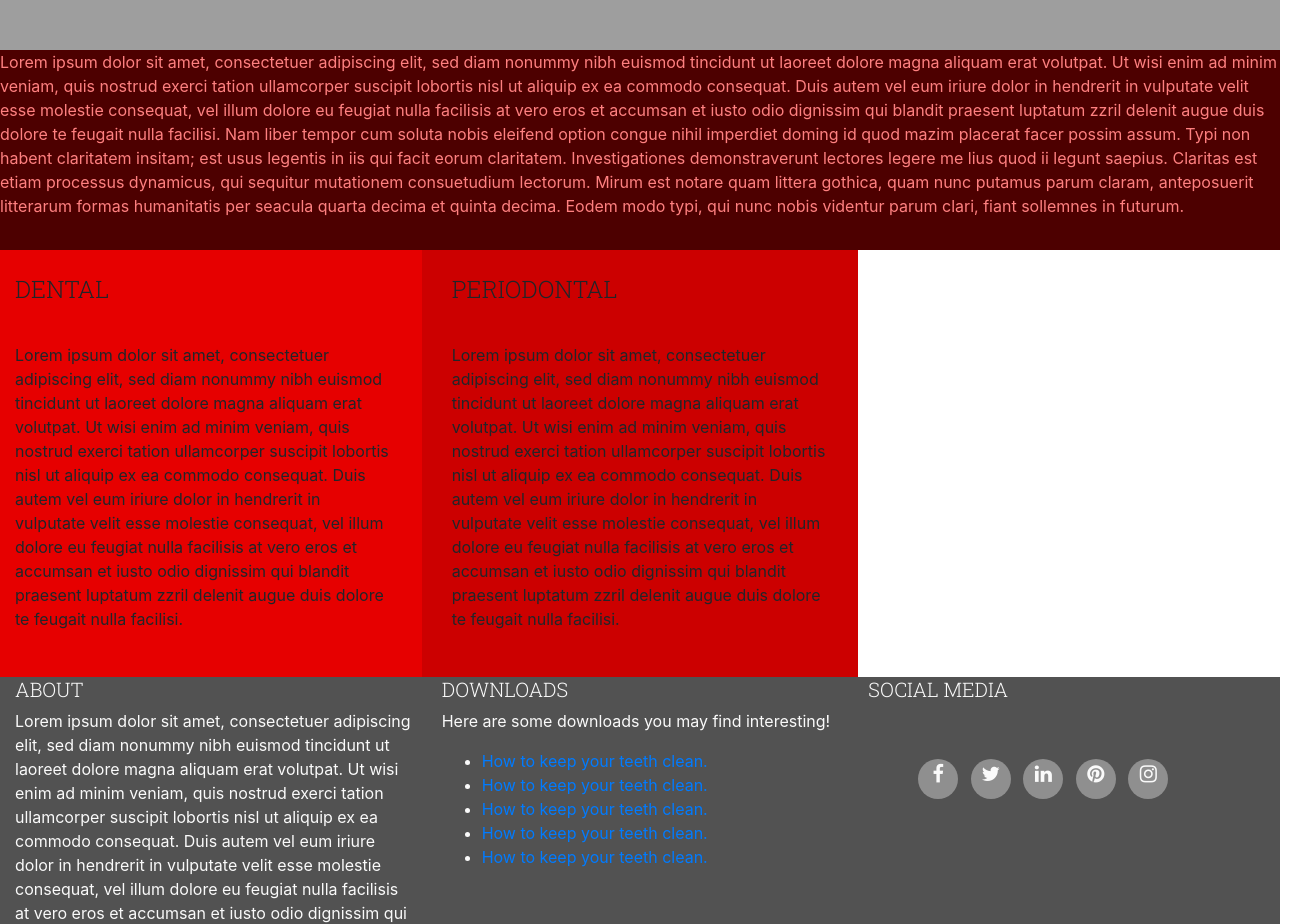
Repository: Code-Institute-Submissions/Rajjabbal-milestone-project
Page: periodontal.html
The author's editor kept a record of every edit. The page is drawn from the files as they stood at one moment, then again after the next edit.
The browser window is 1280 px wide. The page is 1295 px wide, so the pictures cover 1295 px, including what lies to the right of the window. The pictures show the part of the page from y = 821 to 1745 px (the page is 1810 px tall before and 1618 px after).
Pictures or frames that could not be fetched are drawn as grey boxes. Some web libraries are served in a nearby version.

Above is the page before.

### periodontal.html
<!DOCTYPE html>
<html lang="en">

<head>
    <meta charset="UTF-8">
    <meta name="viewport" content="width=device-width, initial-scale=1.0">
    <meta http-equiv="X-UA-Compatible" content="ie=edge">
    <link rel="stylesheet" href="https://stackpath.bootstrapcdn.com/bootstrap/4.2.1/css/bootstrap.min.css" type="text/css" />
    <link rel="stylesheet" href="https://stackpath.bootstrapcdn.com/font-awesome/4.7.0/css/font-awesome.min.css" type="text/css" />
    <link rel="stylesheet" href="assets/css/style.css" type="text/css" />
    <link rel="stylesheet" href="https://cdnjs.cloudflare.com/ajax/libs/hover.css/2.3.1/css/hover-min.css" type="text/css" />
    <title>Milestone Project 1</title>
</head>

<body>
    <header>
        <div class="row no-gutters">
            <div class="col-md-12">
                <ul id="nav" class="list-inline menucontainer">
                    <li class="col-sm-2 ui-menu-color-home list-inline-item menuitem">
                        <a href="#" class="hvr-sweep-to-bottom"><i class="fa fa-home" aria-hidden="true"></i><span>Home</span>
                        </a>
                    </li>
                    <li class="col-sm-2 ui-menu-color-dental list-inline-item menuitem">
                        <a href="#" class="hvr-sweep-to-bottom"><i class="fa fa-apple" aria-hidden="true"></i><span>Dental Treatment</span>
                        </a>
                    </li>
                    <li class="col-sm-2 ui-menu-color-periodontal list-inline-item menuitem">
                        <a href="#" class="hvr-sweep-to-bottom"><i class="fa fa-ambulance" aria-hidden="true"></i><span>Periodontal Treatment</span>
                        </a>
                    </li>
                    <li class="col-sm-2 ui-menu-color-contact list-inline-item menuitem">
                        <a href="#" class="hvr-sweep-to-bottom"><i class="fa fa-envelope-square" aria-hidden="true"></i><span>Contact</span>
                        </a>
                    </li>
                    <li class="col-sm-4 ui-menu-color-statement list-inline-item menuitem">
                        <i class="fa fa-ad" aria-hidden="true"></i>
                        <span>An advanced interactive platform to give you insight into any dental symptom ever!</span>
                    </li>
                </ul>
            </div>
        </div>
        <div class="row no-gutters">
            <a href="index.html" class="col-md-12 logo"></a>
        </div>
        <div class="row no-gutters bg-color-question">
            <div class="col-md-12 question">
                <a href="question"> What dental symptoms do you have?</a>
            </div>
        </div>
        <div class="col-md-12 picture">
        </div>

    </header>

    <section>
        <div class="col-md-12 blurb">
            <p>Lorem ipsum dolor sit amet, consectetuer adipiscing elit, sed diam nonummy nibh euismod tincidunt ut laoreet dolore magna aliquam erat volutpat. Ut wisi enim ad minim veniam, quis nostrud exerci tation ullamcorper suscipit lobortis nisl ut
                aliquip ex ea commodo consequat. Duis autem vel eum iriure dolor in hendrerit in vulputate velit esse molestie consequat, vel illum dolore eu feugiat nulla facilisis at vero eros et accumsan et iusto odio dignissim qui blandit praesent
                luptatum zzril delenit augue duis dolore te feugait nulla facilisi. Nam liber tempor cum soluta nobis eleifend option congue nihil imperdiet doming id quod mazim placerat facer possim assum. Typi non habent claritatem insitam; est usus
                legentis in iis qui facit eorum claritatem. Investigationes demonstraverunt lectores legere me lius quod ii legunt saepius. Claritas est etiam processus dynamicus, qui sequitur mutationem consuetudium lectorum. Mirum est notare quam littera
                gothica, quam nunc putamus parum claram, anteposuerit litterarum formas humanitatis per seacula quarta decima et quinta decima. Eodem modo typi, qui nunc nobis videntur parum clari, fiant sollemnes in futurum.
                </p>
        </div>

        <div class="row">
            <div class="col-md-4 bg-color-dental section-column">
                <h4 class="section-heading uppercase">DENTAL</h4>
                <p>Lorem ipsum dolor sit amet, consectetuer adipiscing elit, sed diam nonummy nibh euismod tincidunt ut laoreet dolore magna aliquam erat volutpat. Ut wisi enim ad minim veniam, quis nostrud exerci tation ullamcorper suscipit lobortis nisl ut aliquip ex
                    ea commodo consequat. Duis autem vel eum iriure dolor in hendrerit in vulputate velit esse molestie consequat, vel illum dolore eu feugiat nulla facilisis at vero eros et accumsan et iusto odio dignissim qui blandit praesent luptatum
                    zzril delenit augue duis dolore te feugait nulla facilisi.</p>
            </div>
            <div class="col-md-4 bg-color-periodontal section-column">
                <h4 class="section-heading uppercase">PERIODONTAL</h4>
                <p>Lorem ipsum dolor sit amet, consectetuer adipiscing elit, sed diam nonummy nibh euismod tincidunt ut laoreet dolore magna aliquam erat volutpat. Ut wisi enim ad minim veniam, quis nostrud exerci tation ullamcorper suscipit lobortis nisl ut aliquip ex
                    ea commodo consequat. Duis autem vel eum iriure dolor in hendrerit in vulputate velit esse molestie consequat, vel illum dolore eu feugiat nulla facilisis at vero eros et accumsan et iusto odio dignissim qui blandit praesent luptatum
                    zzril delenit augue duis dolore te feugait nulla facilisi.</p>
            </div>

        </div>

    </section>

    <footer class="container-fluid">
        <div class="row">
            <div class="col-sm-4">
                <h5 class="uppercase general-sub">About</h5>
                <p class="inline-block">
                    Lorem ipsum dolor sit amet, consectetuer adipiscing elit, sed diam nonummy nibh euismod tincidunt ut laoreet dolore magna aliquam erat volutpat. Ut wisi enim ad minim veniam, quis nostrud exerci tation ullamcorper suscipit lobortis nisl ut aliquip ex
                    ea commodo consequat. Duis autem vel eum iriure dolor in hendrerit in vulputate velit esse molestie consequat, vel illum dolore eu feugiat nulla facilisis at vero eros et accumsan et iusto odio dignissim qui blandit praesent luptatum
                    zzril delenit augue duis dolore te feugait nulla facilisi.
                </p>
            </div>
            <div class="col-sm-4">
                <h5 class="uppercase general-sub">Downloads</h5>
                <p>Here are some downloads you may find interesting!
                </p>
                <ul class="inline-block">
                    <li>
                        <a href="#" target="_blank" class="link1">
                        <span>How to keep your teeth clean.</span>
                    </a>
                    </li>
                    <li>
                        <a href="#" target="_blank" class="link2">
                        <span>How to keep your teeth clean.</span>
                    </a>
                    </li>
                    <li>
                        <a href="#" target="_blank" class="link3">
                        <span>How to keep your teeth clean.</span>
                    </a>
                    </li>
                    <li>
                        <a href="#" target="_blank" class="link4">
                        <span>How to keep your teeth clean.</span>
                    </a>
                    </li>
                    <li>
                        <a href="#" target="_blank" class="link5">
                        <span>How to keep your teeth clean.</span>
                    </a>
                    </li>
                </ul>
            </div>
            <div class="col-sm-4">
                <h5 class="uppercase general-sub">Social Media</h5>
                <ul class="list-inline social-links">
                    <li class="list-inline-item">
                        <a target="_blank" href="#">
                            <i class="fa fa-facebook" aria-hidden="true"></i>
                            <span class="sr-only">Facebook</span>
                        </a>
                    </li>
                    <li class="list-inline-item">
                        <a target="_blank" href="#">
                            <i class="fa fa-twitter" aria-hidden="true"></i>
                            <span class="sr-only">Twitter</span>
                        </a>
                    </li>
                    <li class="list-inline-item">
                        <a target="_blank" href="#">
                            <i class="fa fa-linkedin" aria-hidden="true"></i>
                            <span class="sr-only">Linkedin</span>
                        </a>
                    </li>
                    <li class="list-inline-item">
                        <a target="_blank" href="#">
                            <i class="fa fa-pinterest" aria-hidden="true"></i>
                            <span class="sr-only">Pinterest</span>
                        </a>
                    </li>
                    <li class="list-inline-item">
                        <a target="_blank" href="#">
                            <i class="fa fa-instagram" aria-hidden="true"></i>
                            <span class="sr-only">Instagram</span>
                        </a>
                    </li>
                </ul>
            </div>

        </div>

    </footer>

</body>

</html>

### assets/css/style.css
@import url('https://fonts.googleapis.com/css?family=Roboto+Slab:100,200,300,400,500,600,700');

/*-----colors-----*/

.bg-color-question {
    background-color: #FFC300;

}

.ui-menu-color-home {
    background-color: RGB(88, 24, 69);
}

.ui-menu-color-dental {
    background-color: RGB(144, 12, 63);
}

.ui-menu-color-periodontal {
    background-color: RGB(199, 0, 57);
}

.ui-menu-color-contact {
    background-color: RGB(255, 87, 51);
}

.ui-menu-color-statement {
    background-color: RGB(23, 32, 42);
}

.bg-color-dental {
    background-color: #e60000;
}
.bg-color-periodontal {
    background-color: #cc0000;
}
.bg-color-other {
    background-color: #b30000;
}

/*-----Special paddings/margins/text-----*/

h1,
h2,
h3,
h4 {
    margin: 0;
}

.uppercase {
    text-transform: uppercase;

}

.general-sub {
    font-family: "Roboto Slab", sans-serif;
    font-weight: 300;
    color: #fafafa;
}

.inline-block {
    display: inline-block;
}

.row-table {
    display: table;
}

.section-column {
    display: table-cell;
    padding: 0 30px 30px;
    float: none;
}

.section-heading {
    font-family: "Roboto Slab", sans-serif;
    font-weight: 300;
    margin-top: 25px;
    margin-bottom: 40px;
}

/*-----heading-----*/

header {
    margin: 0px;
}

.list-inline-item:not(:last-child) {
    max-height: 80px;

}

.menucontainer {
    font-size: 0;

}

#nav {
    margin: 0;
}

#nav li {
    font-size: 14px;
    font-family: "Roboto Slab", sans-serif;
    color: #DAF7A6;
    padding: 0;
}

.menuitem {
    height: 80px;
    text-align: center;
}

.menuitem a {
    width: 100%;
    text-decoration: none;
    color: #fff;
}

.menuitem a i {
    padding-top: 20px;
    display: block;
    color: #fafafa;
}

.menuitem span {
    display: block;
    width: 100%;
    padding-top: 5px;
    text-align: center;
    text-transform: uppercase;
    font-size: 14px;
    font-weight: 300;
    letter-spacing: 2px;
}

.logo {
    background: url("../images/CEP-Logo DENTAL.png");
    background-position: center;
    background-repeat: no-repeat;
    background-size: 1400px;
    min-height: 400px;
    padding: 0px;
    transition: all .5s ease-in-out;
    -moz-transition: all .5s ease-in-out;
    -webkit-transition: all .5s ease-in-out;
}

.picture {
    background: url("../images/BK.jpg");
    background-position: center;
    background-repeat: no-repeat;
    background-size: cover;
    min-height: 240px;
    transition: all .5s ease-in-out;
    -moz-transition: .5s ease-in-out;
    -webkit-transition: .5s ease-in-out;
}

.question {
    font-family: "Roboto Slab", sans-serif;
    font-weight: 500;
    font-size: 40px;
    margin: 0px;
    color: #ffffff;
    text-align: center;
}

/*-----hover.css-----*/

.hvr-sweep-to-bottom:before {
    background: rgba(0, 0, 0, 1);
    height: 80px;
}

/*-----section-----*/

.blurb {
    background-color: #4d0000;
    min-height: 200px;
    padding: 0;
    color: #ff8080;
}




/*-----footer-----*/

footer {
    background-color: #525252;
    color: #fafafa;
    min-height: 180px;
    margin: 0;
}

.social-links {
    padding: 50px;
}

.social-links li a i {
    width: 40px;
    height: 40px;
    padding: 12px 0;
    border-radius: 50%;
    font-size: 20px;
    line-height: 7px;
    text-align: center;
    color: #fafafa;
    background: #8f8f8f;
    transition: all 0.35s ease-in-out;
    -moz-transition: all 0.35s ease-in-out;
    -webkit-transition: all 0.35s ease-in-out;
    -o-transition: all 0.35s ease-in-out;
}

.social-links li a i:hover {
    background: #e84610;
}

#footer-details {
    padding: 20px;
}

After the next edit:
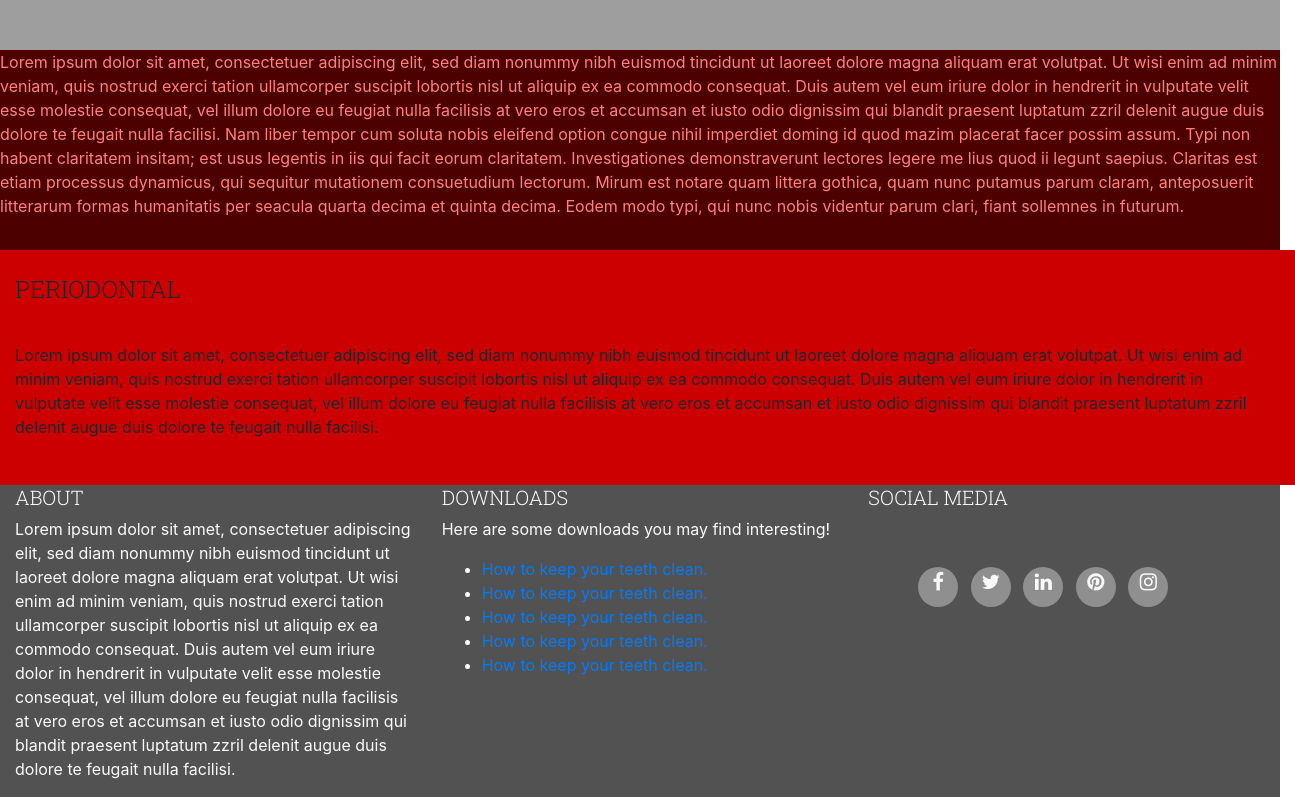
The edit:
--- a/periodontal.html
+++ b/periodontal.html
@@ -64,13 +64,7 @@
         </div>
 
         <div class="row">
-            <div class="col-md-4 bg-color-dental section-column">
-                <h4 class="section-heading uppercase">DENTAL</h4>
-                <p>Lorem ipsum dolor sit amet, consectetuer adipiscing elit, sed diam nonummy nibh euismod tincidunt ut laoreet dolore magna aliquam erat volutpat. Ut wisi enim ad minim veniam, quis nostrud exerci tation ullamcorper suscipit lobortis nisl ut aliquip ex
-                    ea commodo consequat. Duis autem vel eum iriure dolor in hendrerit in vulputate velit esse molestie consequat, vel illum dolore eu feugiat nulla facilisis at vero eros et accumsan et iusto odio dignissim qui blandit praesent luptatum
-                    zzril delenit augue duis dolore te feugait nulla facilisi.</p>
-            </div>
-            <div class="col-md-4 bg-color-periodontal section-column">
+            <div class="col-md-12 bg-color-periodontal section-column">
                 <h4 class="section-heading uppercase">PERIODONTAL</h4>
                 <p>Lorem ipsum dolor sit amet, consectetuer adipiscing elit, sed diam nonummy nibh euismod tincidunt ut laoreet dolore magna aliquam erat volutpat. Ut wisi enim ad minim veniam, quis nostrud exerci tation ullamcorper suscipit lobortis nisl ut aliquip ex
                     ea commodo consequat. Duis autem vel eum iriure dolor in hendrerit in vulputate velit esse molestie consequat, vel illum dolore eu feugiat nulla facilisis at vero eros et accumsan et iusto odio dignissim qui blandit praesent luptatum
